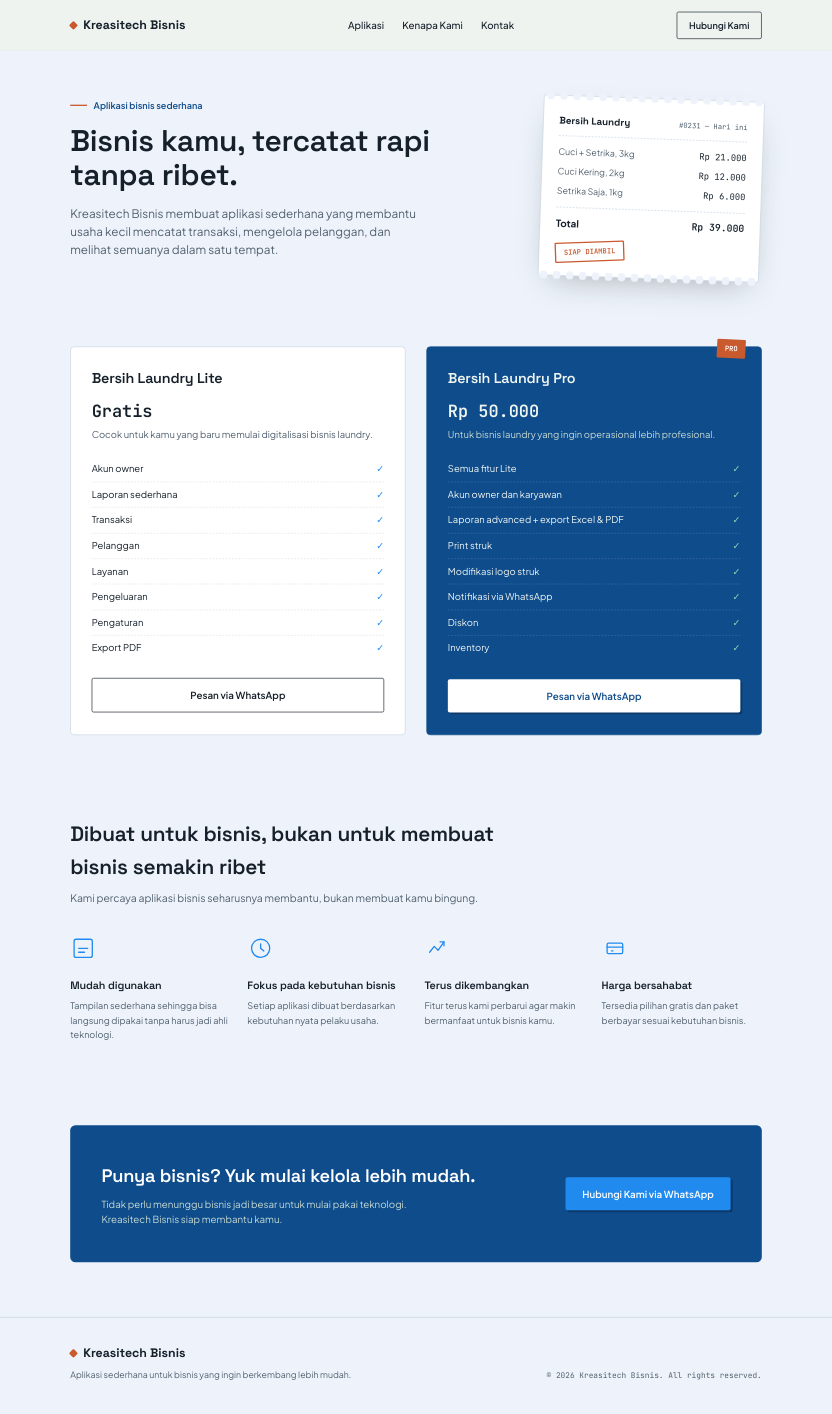
Repository: joao880hbhb/kreasitech
Page: produk/bersih-laundry.html
These files come from the project's save history. The page is drawn as it stood at one moment and after the next save; the edit follows.
The browser window is 1280 px wide. The pictures show the whole page, at 65% of full size.

Above is the page before, as saved 2026-09-14 21:31:05.

After the next save:
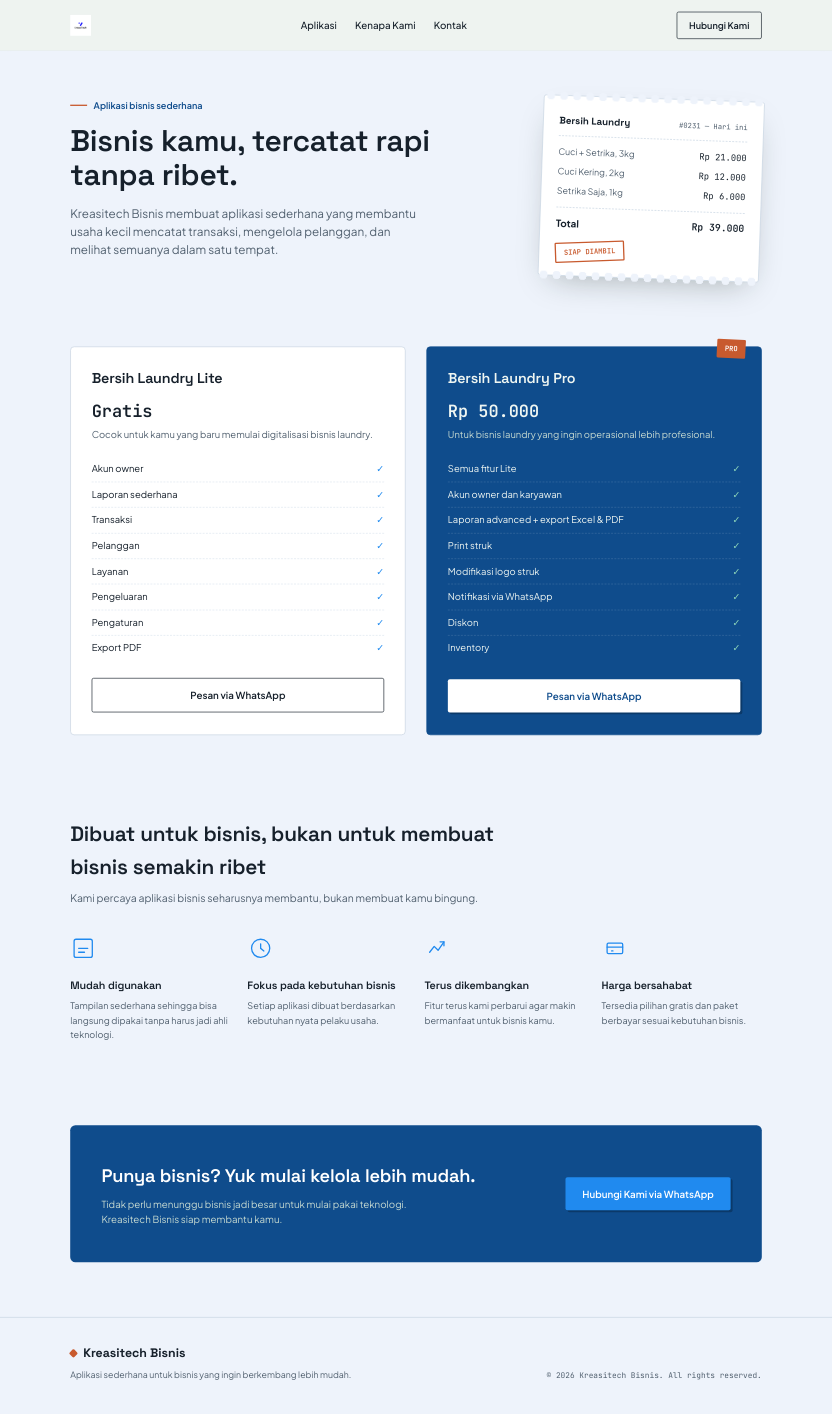
Saved 107 s later.
--- a/produk/bersih-laundry.html
+++ b/produk/bersih-laundry.html
@@ -235,7 +235,9 @@
 
 <header>
   <nav>
-    <div class="brand"><span class="dot"></span>Kreasitech Bisnis</div>
+    <div class="brand">
+      <img src="../image/kreasi.png" alt="Kreasitech Logo" style="height: 32px;">
+    </div>
     <div class="navlinks">
       <a href="#produk">Aplikasi</a>
       <a href="#kenapa">Kenapa Kami</a>

After the save that followed:
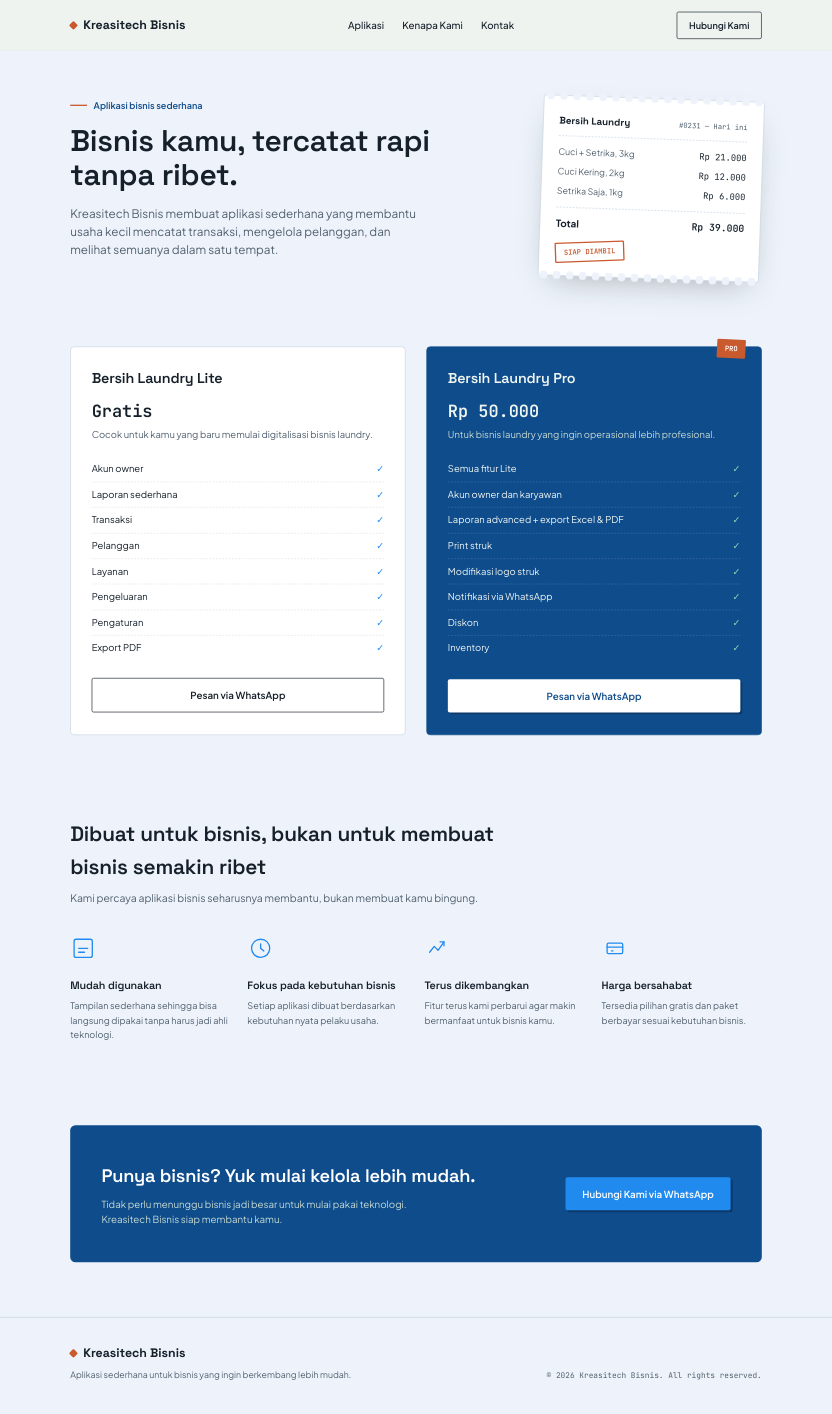
Saved 20 s later.
--- a/produk/bersih-laundry.html
+++ b/produk/bersih-laundry.html
@@ -235,9 +235,7 @@
 
 <header>
   <nav>
-    <div class="brand">
-      <img src="../image/kreasi.png" alt="Kreasitech Logo" style="height: 32px;">
-    </div>
+    <div class="brand"><span class="dot"></span>Kreasitech Bisnis</div>
     <div class="navlinks">
       <a href="#produk">Aplikasi</a>
       <a href="#kenapa">Kenapa Kami</a>
